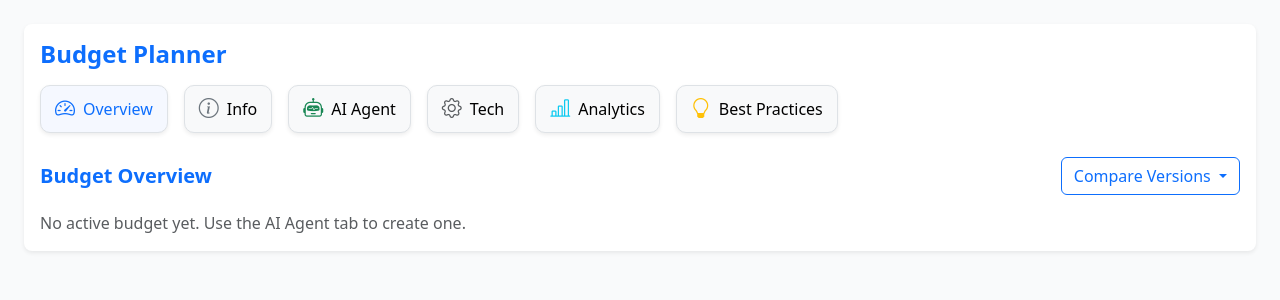
Repository: tonym642/bizcore360-wp
Page: pages/budget.html
An editor plug-in stored every save of this project. The page is shown before and after the next save, followed by the edit.
The browser window is 1280 px wide. The pictures show the whole page.

Above is the page before, as saved 2025-10-23 17:44:22.

### pages/budget.html
<!DOCTYPE html>
<html lang="en">
<head>
  <meta charset="UTF-8" />
  <meta http-equiv="Cache-Control" content="no-cache, no-store, must-revalidate" />
  <meta http-equiv="Pragma" content="no-cache" />
  <meta http-equiv="Expires" content="0" />
  <meta name="viewport" content="width=device-width, initial-scale=1" />
  <title>Budget Planner | BizCore360</title>

  <link href="https://cdn.jsdelivr.net/npm/bootstrap@5.3.2/dist/css/bootstrap.min.css" rel="stylesheet">
  <link href="https://cdn.jsdelivr.net/npm/bootstrap-icons@1.11.3/font/bootstrap-icons.css" rel="stylesheet">

  <style>
    body { background-color:#f9fafb; }
    .card { border:none; border-radius:12px; }
    #moduleMenu .btn { border-radius:10px; transition:all .2s ease-in-out; padding:8px 14px; }
    #moduleMenu .btn.active, #moduleMenu .btn:hover { background-color:#f5f8ff; border-color:#0d6efd; color:#0d6efd; }
    .d-none { display:none!important; }
    .dropdown-item { display:flex; justify-content:space-between; align-items:center; }
    .delete-btn { color:#dc3545; font-size:.9rem; margin-left:8px; cursor:pointer; }
    .delete-btn:hover { color:#a71d2a; }
    .info-section h6 { color:#0d6efd; font-weight:600; margin-top:1rem; }
    #main {
  background-color: #fff !important;
}
#main .card,
#main .bg-light {
  background-color: #fff !important;
}

  </style>
</head>

<body>
<div id="budgetModule" class="container-fluid p-4">
  <div class="card shadow-sm rounded-3">
    <div class="card-body">
      <h4 id="moduleTitle" class="fw-semibold text-primary mb-3">Budget Planner</h4>

      <!-- MENU -->
      <div class="d-flex flex-wrap gap-3 mb-4" id="moduleMenu">
        <button class="btn btn-light border shadow-sm d-flex align-items-center gap-2 active" data-target="main">
          <i class="bi bi-speedometer2 fs-5 text-primary"></i><span class="fw-medium">Overview</span>
        </button>
        <button class="btn btn-light border shadow-sm d-flex align-items-center gap-2" data-target="info">
          <i class="bi bi-info-circle fs-5 text-secondary"></i><span class="fw-medium">Info</span>
        </button>
        <button class="btn btn-light border shadow-sm d-flex align-items-center gap-2" data-target="ai">
          <i class="bi bi-robot fs-5 text-success"></i><span class="fw-medium">AI Agent</span>
        </button>
        <button class="btn btn-light border shadow-sm d-flex align-items-center gap-2" data-target="tech">
          <i class="bi bi-gear fs-5 text-muted"></i><span class="fw-medium">Tech</span>
        </button>
        <button class="btn btn-light border shadow-sm d-flex align-items-center gap-2" data-target="analytics">
          <i class="bi bi-bar-chart-line fs-5 text-info"></i><span class="fw-medium">Analytics</span>
        </button>
        <button class="btn btn-light border shadow-sm d-flex align-items-center gap-2" data-target="best">
          <i class="bi bi-lightbulb fs-5 text-warning"></i><span class="fw-medium">Best Practices</span>
        </button>
      </div>

      <!-- OVERVIEW -->
      <div id="main" class="content-section">
        <div class="d-flex justify-content-between align-items-center mb-3">
          <h5 class="fw-semibold text-primary mb-0">Budget Overview</h5>
          <div class="dropdown">
            <button class="btn btn-outline-primary dropdown-toggle" type="button" data-bs-toggle="dropdown">
              Compare Versions
            </button>
            <ul class="dropdown-menu" id="versionList"></ul>
          </div>
        </div>
        <div id="moduleData" class="text-muted">
          No active budget yet. Use the AI Agent tab to create one.
        </div>
      </div>

      <!-- INFO -->
      <div id="info" class="content-section d-none">
        <h5 class="fw-semibold mb-3 text-primary">About the Budget Planner</h5>
        <div class="info-section">
          <h6>Purpose</h6>
          <p>The Budget Planner module is designed to help you clearly understand your company’s financial health,
          forecast cash flow, and make smarter business decisions. Whether you’re managing a startup or a mature
          business, this tool provides a structured way to track income, expenses, and profits month by month.</p>

          <h6>How It Works</h6>
          <p>This module combines a simple visual overview with an integrated AI assistant.
          The <strong>AI Agent</strong> can walk you through the creation of your first budget step by step,
          asking questions about revenue, fixed and variable costs, and growth goals.
          Once the AI generates a suggested plan, you can set it as your <em>active version</em>.
          The system saves that version automatically, so when you visit this module later, your data remains
          visible in the <strong>Overview</strong> tab.</p>

          <h6>Using the Overview</h6>
          <p>The Overview tab displays your active or demo budget in a clean, summarized format.
          You can generate a demo to test layout and presentation, or replace it at any time
          with an AI-generated or manually prepared budget. In future updates, multiple budget
          versions can be stored, compared, and analyzed side by side.</p>

          <h6>Why It Matters</h6>
          <p>Budgeting is one of the most critical pillars of business control.
          It helps you monitor financial discipline, anticipate cash shortfalls,
          and make data-driven decisions before problems occur.
          With consistent use, this module can become the foundation of your financial forecasting
          and strategy sessions.</p>

          <h6>Best Practices</h6>
          <ul>
            <li>Update your budget at least once a month or after major business changes.</li>
            <li>Use the AI Agent to identify potential overspending and underperformance trends.</li>
            <li>Compare results with your actual income and expenses to refine accuracy.</li>
            <li>Review and discuss key figures during leadership or investor meetings.</li>
          </ul>

          <h6>Next Steps</h6>
          <p>To get started, switch to the <strong>AI Agent</strong> tab and follow the guided process.
          Once your first draft is generated, mark it as active. It will automatically appear
          on your Overview page for quick reference.</p>
        </div>
      </div>

      <!-- AI TAB (UPDATED) -->
      <div id="ai" class="content-section d-none">
        <h5 class="fw-semibold mb-3 text-primary">AI Agent</h5>
        <div class="border rounded-3 p-3 bg-light" style="min-height:320px;max-height:500px;overflow-y:auto;" id="chatContainer">
          <div id="chatMessages" class="d-flex flex-column gap-3">
            <p class="text-muted small">Start chatting with the AI to create your first budget.</p>
          </div>
        </div>

        <div class="d-flex justify-content-end gap-2 mt-3">
          <button class="btn btn-outline-secondary" id="generateDemo">
            <i class="bi bi-magic me-1"></i> Generate Sample Budget
          </button>
          <button class="btn btn-success" id="makeActive">
            <i class="bi bi-check-circle me-1"></i> Make Active
          </button>
        </div>

        <div class="d-flex align-items-center mt-3 border rounded-pill px-3 py-2 bg-white shadow-sm position-relative">
          <input type="file" id="fileInput" multiple hidden accept="image/*,.pdf,.doc,.docx,.txt" />
          <button class="btn btn-link text-secondary p-0 me-2" id="chatAdd"><i class="bi bi-plus-circle fs-5"></i></button>
          <input type="text" id="chatInput" class="form-control border-0 flex-grow-1" placeholder="Ask anything..." />
          <button class="btn btn-link text-secondary p-0 ms-2 me-1" id="chatMic"><i class="bi bi-mic fs-5"></i></button>
          <button class="btn btn-light border rounded-circle p-0 d-flex align-items-center justify-content-center shadow-sm me-2"
                  id="chatVoice" style="width:36px;height:36px;" title="Enable Voice Response">
            <i class="bi bi-soundwave fs-5 text-secondary"></i>
          </button>
          <button class="btn btn-primary rounded-circle d-flex align-items-center justify-content-center"
                  id="chatSend" style="width:36px;height:36px;">
            <i class="bi bi-send-fill text-white fs-6"></i>
          </button>
        </div>
      </div>

      <!-- TECH -->
      <div id="tech" class="content-section d-none">
        <h5 class="fw-semibold mb-3 text-primary">Technical Data</h5>
        <pre id="techData" class="small bg-light p-3 rounded-3"></pre>
      </div>

<!-- ANALYTICS -->
<div id="analytics" class="content-section d-none">
  <h5 class="fw-semibold mb-3 text-primary">Analytics</h5>
  <p class="text-muted mb-4">
    A compact visual summary of your financial data — revenue mix, expense allocation, and profit comparison.
  </p>

  <div class="card shadow-sm border-0 rounded-4 mb-4">
    <div class="card-body d-flex justify-content-around flex-wrap text-center">
      <!-- Revenue -->
      <div class="chart-box">
        <h6 class="fw-semibold text-primary mb-2">Revenue</h6>
        <canvas id="revenueChart" width="200" height="150"></canvas>
      </div>

      <!-- Expenses -->
      <div class="chart-box">
        <h6 class="fw-semibold text-primary mb-2">Expenses</h6>
        <canvas id="expensesChart" width="200" height="150"></canvas>
      </div>

      <!-- Profit -->
      <div class="chart-box">
        <h6 class="fw-semibold text-primary mb-2">Profit</h6>
        <canvas id="profitChart" width="200" height="150"></canvas>
      </div>
    </div>
  </div>

  <!-- INSIGHT SUMMARY -->
  <div class="card shadow-sm border-0 rounded-4 mt-4">
    <div class="card-body">
      <h6 class="text-primary fw-semibold mb-3">Insight Summary</h6>
      <ul class="text-muted small mb-0">
        <li>Product sales dominate total revenue at 68%.</li>
        <li>Payroll represents the largest expense at 60% of costs.</li>
        <li>Net profit margin stable at 32% this period.</li>
      </ul>
    </div>
  </div>
</div>

<!-- CHART.JS -->
<script src="https://cdn.jsdelivr.net/npm/chart.js"></script>
<script>
function initBudgetCharts() {
  if (window.budgetChartsLoaded) return;
  window.budgetChartsLoaded = true;

  const baseOpts = {
    responsive: false,
    maintainAspectRatio: true,
    plugins: {
      legend: { display: false },
      tooltip: {
        callbacks: { label: ctx => `$${ctx.parsed.y.toLocaleString()}` }
      }
    },
    scales: {
      x: {
        ticks: { color: "#6c757d", font: { size: 10 } },
        grid: { display: false }
      },
      y: {
        ticks: { display: false },
        grid: { display: false }
      }
    }
  };

  // Revenue chart
  new Chart(document.getElementById("revenueChart"), {
    type: "bar",
    data: {
      labels: ["Product", "Service", "Other"],
      datasets: [{
        data: [18500, 7200, 800],
        backgroundColor: [
          "rgba(13,110,253,0.8)",
          "rgba(25,135,84,0.8)",
          "rgba(255,193,7,0.8)"
        ],
        borderRadius: 6
      }]
    },
    options: baseOpts
  });

  // Expenses chart
  new Chart(document.getElementById("expensesChart"), {
    type: "bar",
    data: {
      labels: ["Payroll", "Rent", "Marketing", "Other"],
      datasets: [{
        data: [9000, 3000, 1200, 1650],
        backgroundColor: [
          "rgba(220,53,69,0.8)",
          "rgba(255,159,64,0.8)",
          "rgba(108,117,125,0.7)",
          "rgba(73,80,87,0.7)"
        ],
        borderRadius: 6
      }]
    },
    options: baseOpts
  });

  // Profit chart
  new Chart(document.getElementById("profitChart"), {
    type: "bar",
    data: {
      labels: ["Profit", "Expenses"],
      datasets: [{
        data: [11650, 14850],
        backgroundColor: [
          "rgba(25,135,84,0.85)",
          "rgba(220,53,69,0.75)"
        ],
        borderRadius: 6
      }]
    },
    options: baseOpts
  });
}

// Initialize when visible
const chartObserver = new MutationObserver(() => {
  const section = document.getElementById("analytics");
  if (section && !section.classList.contains("d-none")) {
    setTimeout(initBudgetCharts, 300);
  }
});
chartObserver.observe(document.body, { childList: true, subtree: true });
</script>

<style>
.chart-box {
  flex: 1 1 200px;
  max-width: 220px;
}
</style>







<!-- BEST PRACTICES -->
<div id="best" class="content-section d-none">
  <h5 class="fw-semibold mb-3 text-primary">Budgeting Best Practices</h5>
  <div class="info-section">
    <h6>1. Set Clear Financial Goals</h6>
    <p>Before building a budget, define measurable goals such as profit targets, emergency reserves, or debt reduction milestones.
    Goals create purpose and guide decision-making when allocating funds.</p>

    <h6>2. Separate Fixed and Variable Costs</h6>
    <p>Track your recurring fixed expenses (like rent and payroll) separately from variable ones (like marketing or supplies).
    This makes it easier to identify which areas can be adjusted in response to revenue changes.</p>

    <h6>3. Use Conservative Revenue Estimates</h6>
    <p>Plan your income projections based on realistic or slightly conservative expectations.
    It’s better to outperform a cautious forecast than to fall short of an overly optimistic one.</p>

    <h6>4. Review and Update Monthly</h6>
    <p>Compare your actual results with your planned figures every month.
    This habit improves forecasting accuracy, reveals inefficiencies, and builds financial awareness across your business.</p>

    <h6>5. Prioritize Cash Flow Awareness</h6>
    <p>Profitability doesn’t guarantee liquidity.
    Monitor cash inflows and outflows to prevent shortfalls and ensure there’s enough working capital for daily operations.</p>

    <h6>6. Collaborate with Your Team</h6>
    <p>Encourage department heads or team leaders to contribute to the budgeting process.
    Their input provides valuable insights and fosters accountability for staying within financial goals.</p>

    <h6>7. Leverage AI Insights</h6>
    <p>Use the <strong>AI Agent</strong> tab to identify spending inefficiencies, analyze cost trends,
    and forecast future results based on your historical data. Automation helps transform your budgeting into a smarter, ongoing process.</p>

    <h6>8. Maintain Flexibility</h6>
    <p>Budgets are living documents.
    Adjust your numbers when new opportunities or challenges arise, and treat your plan as a guide — not a restriction.</p>
  </div>
</div>



<script>
/* ---------- GLOBAL INITIALIZER (works after injection) ---------- */
const budgetObserver = new MutationObserver(() => {
  const mod = document.getElementById('budgetModule');
  if (mod && !window.budgetInitialized) {
    window.budgetInitialized = true;
    initBudgetModule();
    setupChat();
  }
});
budgetObserver.observe(document.body, { childList:true, subtree:true });

function initBudgetModule() {
  const STORAGE_KEY = "budgetVersions";
  const ACTIVE_KEY = "budgetActive";
  const moduleData = document.getElementById("moduleData");
  const versionList = document.getElementById("versionList");

  document.querySelectorAll("#moduleMenu button").forEach(btn=>{
    btn.addEventListener("click",()=>{
      document.querySelectorAll("#moduleMenu button").forEach(b=>b.classList.remove("active"));
      btn.classList.add("active");
      const t=btn.dataset.target;
      document.querySelectorAll(".content-section").forEach(s=>s.classList.add("d-none"));
      document.getElementById(t).classList.remove("d-none");
    });
  });

  const loadVersions=()=>JSON.parse(localStorage.getItem(STORAGE_KEY)||"[]");
  const saveVersions=v=>localStorage.setItem(STORAGE_KEY,JSON.stringify(v));
  const renderData=b=>{
    moduleData.innerHTML=`<div class="card bg-light p-3 rounded-3 shadow-sm">
      <h6 class="fw-semibold mb-2 text-primary">${b.name}</h6>
      <p class="small text-muted mb-2">Created: ${new Date(b.timestamp).toLocaleString()}</p>
      <div>${b.output}</div></div>`;
    localStorage.setItem(ACTIVE_KEY,JSON.stringify(b));
  };
  const refreshDropdown=()=>{
    const versions=loadVersions();
    versionList.innerHTML="";
    if(!versions.length){versionList.innerHTML=`<li><span class="dropdown-item text-muted">No saved versions</span></li>`;return;}
    versions.forEach((v,i)=>{
      const li=document.createElement("li");
      li.innerHTML=`<span class="dropdown-item"><span>${v.name}</span>
      <i class="bi bi-trash delete-btn" data-index="${i}" title="Delete"></i></span>`;
      li.querySelector(".dropdown-item").addEventListener("click",e=>{
        if(e.target.classList.contains("delete-btn"))return;
        renderData(v);
      });
      li.querySelector(".delete-btn").addEventListener("click",()=>{
        if(confirm("Delete this version?")){
          versions.splice(i,1); saveVersions(versions); refreshDropdown();
        }
      });
      versionList.appendChild(li);
    });
  };
  const loadActive=()=>{const a=localStorage.getItem(ACTIVE_KEY); if(a)renderData(JSON.parse(a));};

  document.getElementById("generateDemo").addEventListener("click",()=>{
    const demo={name:"Demo Budget - Small Business",timestamp:Date.now(),output:`
      <strong>Revenue:</strong><br>- Product Sales: $18,500<br>- Service Income: $7,200<br>- Other Income: $800<br><br>
      <strong>Operating Expenses:</strong><br>- Rent & Utilities: $3,000<br>- Payroll & Benefits: $9,000<br>- Marketing & Advertising: $1,200<br>- Office Supplies: $350<br>- Insurance: $400<br>- Software Subscriptions: $250<br>- Travel & Meals: $450<br>- Miscellaneous: $200<br><br>
      <strong>Total Expenses:</strong> $14,850<br><strong>Net Profit:</strong> $11,650<br><em>Notes:</em> Strong month with moderate ad spend and lower utility costs.`};
    const v=loadVersions(); v.push(demo); saveVersions(v);
    renderData(demo); refreshDropdown(); document.querySelector('[data-target="main"]').click();
  });

  document.getElementById("makeActive").addEventListener("click",()=>{
    const aiBudget={name:"AI-Generated Budget",timestamp:Date.now(),output:`
      <strong>Revenue:</strong><br>- Product Sales: $20,000<br>- Consulting Services: $5,000<br>- Recurring Subscriptions: $1,200<br><br>
      <strong>Operating Expenses:</strong><br>- Payroll & Benefits: $10,000<br>- Rent & Utilities: $2,800<br>- Marketing & Advertising: $1,000<br>- Software & Licenses: $300<br>- Travel & Meals: $500<br>- Miscellaneous: $150<br><br>
      <strong>Total Expenses:</strong> $14,750<br><strong>Net Profit:</strong> $11,450<br><em>Notes:</em> AI-optimized scenario projecting consistent growth and lower overhead.`};
    const v=loadVersions(); v.push(aiBudget); saveVersions(v);
    renderData(aiBudget); refreshDropdown(); document.querySelector('[data-target="main"]').click();
  });

  refreshDropdown(); loadActive();
  initBudgetCharts();
}

/* ---------- CHAT SYSTEM (Voice + Upload + Speak) ---------- */
function setupChat(){
  const chatMessages=document.getElementById("chatMessages");
  const chatInput=document.getElementById("chatInput");
  const chatSend=document.getElementById("chatSend");
  const chatAdd=document.getElementById("chatAdd");
  const chatMic=document.getElementById("chatMic");
  const chatVoice=document.getElementById("chatVoice");
  const fileInput=document.getElementById("fileInput");

  function addMessage(text,sender="user"){
    const msg=document.createElement("div");
    msg.className=sender==="user"?"align-self-end bg-primary text-white rounded-3 px-3 py-2":"align-self-start bg-secondary-subtle text-dark rounded-3 px-3 py-2";
    msg.style.maxWidth="75%"; msg.innerText=text; chatMessages.appendChild(msg); chatMessages.scrollTop=chatMessages.scrollHeight;
    if(sender==="ai"&&voiceEnabled){
      const utter=new SpeechSynthesisUtterance(text); utter.lang="en-US"; speechSynthesis.speak(utter);
    }
  }
  async function handleSend(){
    const text=chatInput.value.trim(); if(!text)return;
    addMessage(text,"user"); chatInput.value=""; addMessage("🤖 Thinking...","ai");
    setTimeout(()=>{
      const reply=`Here's a helpful suggestion for: "${text}"`;
      chatMessages.lastChild.innerText=reply;
      if(voiceEnabled){const utter=new SpeechSynthesisUtterance(reply); utter.lang="en-US"; speechSynthesis.speak(utter);}
    },1000);
  }
  chatSend.addEventListener("click",handleSend);
  chatInput.addEventListener("keypress",e=>{if(e.key==="Enter"){e.preventDefault();handleSend();}});
  chatAdd.addEventListener("click",()=>fileInput.click());
  fileInput.addEventListener("change",()=>{Array.from(fileInput.files).forEach(f=>addMessage(`📎 Uploaded: ${f.name}`,"user"));fileInput.value="";});

  if("webkitSpeechRecognition"in window||"SpeechRecognition"in window){
    const SR=window.SpeechRecognition||window.webkitSpeechRecognition; const recog=new SR();
    recog.lang="en-US"; recog.interimResults=false;
    chatMic.addEventListener("click",()=>{recog.start();chatMic.classList.add("text-primary");});
    recog.onresult=e=>{const transcript=e.results[0][0].transcript;chatInput.value=transcript;chatMic.classList.remove("text-primary");};
    recog.onerror=()=>chatMic.classList.remove("text-primary");
    recog.onend=()=>chatMic.classList.remove("text-primary");
  } else {chatMic.disabled=true; chatMic.title="Voice input not supported";}
  let voiceEnabled=false;
  chatVoice.addEventListener("click",()=>{
    voiceEnabled=!voiceEnabled;
    if(voiceEnabled){chatVoice.classList.add("bg-primary");chatVoice.querySelector("i").classList.add("text-white");}
    else{chatVoice.classList.remove("bg-primary");chatVoice.querySelector("i").classList.remove("text-white");}
  });
}
</script>
<script src="https://cdn.jsdelivr.net/npm/bootstrap@5.3.2/dist/js/bootstrap.bundle.min.js"></script>
</body>
</html>

After the next save:
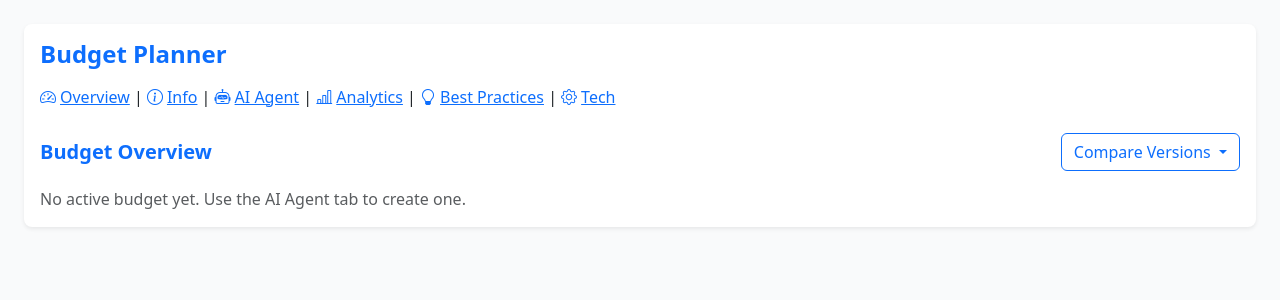
Saved 97 s later.
--- a/pages/budget.html
+++ b/pages/budget.html
@@ -39,26 +39,14 @@
       <h4 id="moduleTitle" class="fw-semibold text-primary mb-3">Budget Planner</h4>
 
       <!-- MENU -->
-      <div class="d-flex flex-wrap gap-3 mb-4" id="moduleMenu">
-        <button class="btn btn-light border shadow-sm d-flex align-items-center gap-2 active" data-target="main">
-          <i class="bi bi-speedometer2 fs-5 text-primary"></i><span class="fw-medium">Overview</span>
-        </button>
-        <button class="btn btn-light border shadow-sm d-flex align-items-center gap-2" data-target="info">
-          <i class="bi bi-info-circle fs-5 text-secondary"></i><span class="fw-medium">Info</span>
-        </button>
-        <button class="btn btn-light border shadow-sm d-flex align-items-center gap-2" data-target="ai">
-          <i class="bi bi-robot fs-5 text-success"></i><span class="fw-medium">AI Agent</span>
-        </button>
-        <button class="btn btn-light border shadow-sm d-flex align-items-center gap-2" data-target="tech">
-          <i class="bi bi-gear fs-5 text-muted"></i><span class="fw-medium">Tech</span>
-        </button>
-        <button class="btn btn-light border shadow-sm d-flex align-items-center gap-2" data-target="analytics">
-          <i class="bi bi-bar-chart-line fs-5 text-info"></i><span class="fw-medium">Analytics</span>
-        </button>
-        <button class="btn btn-light border shadow-sm d-flex align-items-center gap-2" data-target="best">
-          <i class="bi bi-lightbulb fs-5 text-warning"></i><span class="fw-medium">Best Practices</span>
-        </button>
-      </div>
+      <nav id="moduleMenu" class="flat-menu mb-4">
+        <a href="#" class="menu-link active" data-target="main"><i class="bi bi-speedometer2 me-1"></i>Overview</a> |
+        <a href="#" class="menu-link" data-target="info"><i class="bi bi-info-circle me-1"></i>Info</a> |
+        <a href="#" class="menu-link" data-target="ai"><i class="bi bi-robot me-1"></i>AI Agent</a> |
+        <a href="#" class="menu-link" data-target="analytics"><i class="bi bi-bar-chart-line me-1"></i>Analytics</a> |
+        <a href="#" class="menu-link" data-target="best"><i class="bi bi-lightbulb me-1"></i>Best Practices</a> |
+        <a href="#" class="menu-link" data-target="tech"><i class="bi bi-gear me-1"></i>Tech</a>
+      </nav>
 
       <!-- OVERVIEW -->
       <div id="main" class="content-section">
